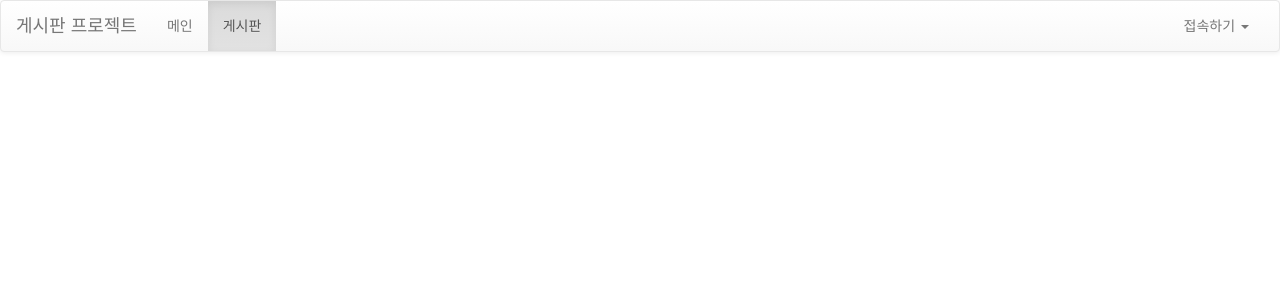
Repository: Seok7975/JSP-Education
Page: http://localhost/BBS/bbs.jsp
These files come from the project's save history. The page is drawn as it stood at one moment and after the next save; the edit follows.
The browser window is 1280 px wide. The pictures show the whole page.
Some web libraries are served in a nearby version. The page is served by Tomcat 9.

Above is the page before, as saved 2024-06-05 08:02:49.

After the next save:
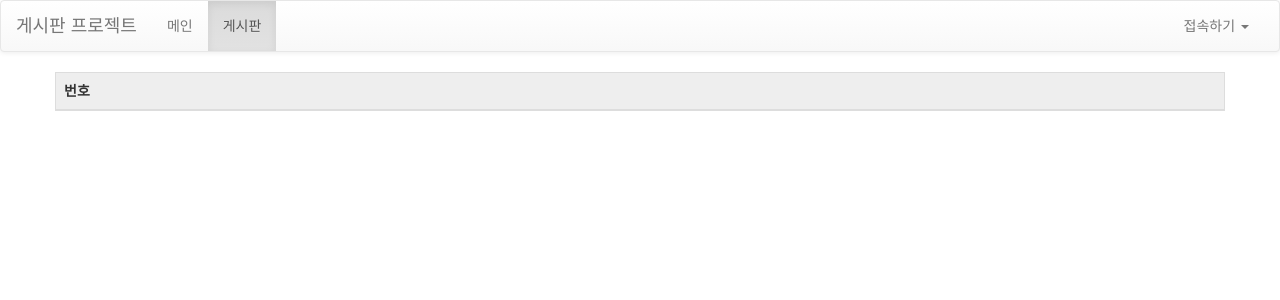
Saved 2 min 26 s later.
--- a/List_Projects/BBS/src/main/webapp/bbs.jsp
+++ b/List_Projects/BBS/src/main/webapp/bbs.jsp
@@ -69,5 +69,15 @@
 			</div>
 		</div>
 	</nav>
+
+	<div class = "container">
+		<div class="row">
+			<table class="table table-striped" style="text-align: center; border: 1px solid #dddddd">
+			<thead>
+				<tr>
+					<th style="background-color: #eeeeee"; text-align: center;">번호</th>
+			</thead>
+		</div>
+	</div>
 </body>
 </html>
